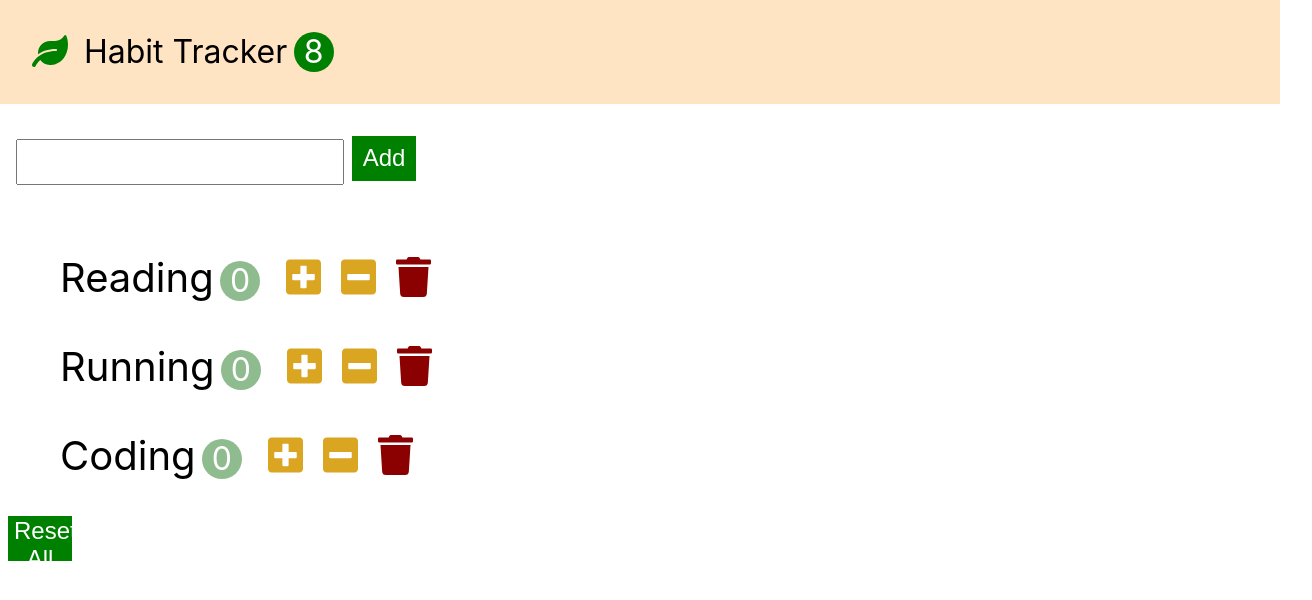
Repository: keehoonjung/react-habit-tracker
Page: / (app in react/habit-tracker/)
An editor plug-in stored every save of this project. The page is shown before and after the next save, followed by the edit.
The browser window is 1280 px wide. The page is 1312 px wide, so the pictures cover 1312 px, including what lies to the right of the window. The pictures show the whole page.
The project was rebuilt for these pictures with package versions that can differ from the ones it lists, and the page was loaded fresh each time.

Above is the page before, as saved 2021-08-30 18:40:23.

### react/habit-tracker/public/index.html
<!DOCTYPE html>
<html lang="en">
  <head>
    <meta charset="utf-8" />
    <link rel="icon" href="%PUBLIC_URL%/favicon.ico" />
    <meta name="viewport" content="width=device-width, initial-scale=1" />
    <meta name="theme-color" content="#000000" />
    <meta
      name="description"
      content="Web site created using create-react-app"
    />
    <link rel="apple-touch-icon" href="%PUBLIC_URL%/logo192.png" />
    <title>App</title>
  </head>
  <body>
    <noscript>You need to enable JavaScript to run this app.</noscript>
    <div id="root"></div>
  </body>
</html>

### react/habit-tracker/src/app.jsx
import React, { Component } from "react";
import "./app.css";
import Habits from "./components/habits";

class App extends Component {
  state = {
    count: 0,
  };
  render() {
    return (
      <>
        <nav className="header">
          <i className="fas fa-leaf"></i>
          <span className="header-title">Habit Tracker</span>
          <span className="header-count">8</span>
        </nav>
        <div className="input-container">
          <input type="text" className="input" />
          <button className="habit-input">Add</button>
        </div>
        <Habits />
        <button className="reset-button">Reset All</button>
      </>
    );
  }
}

export default App;

### react/habit-tracker/src/app.css
button {
  outline: none;
  border: 0;
  cursor: pointer;
}

.header {
  background-color: bisque;
  font-size: 2rem;
  padding: 2rem 2rem;
}

.fa-leaf {
  color: green;
  margin-right: 1rem;
}

.header-count {
  display: inline-block;
  text-align: center;
  width: 2.5rem;
  height: 2.5rem;
  line-height: 2.5rem;
  font-size: 2rem;
  margin-left: 0.2em;
  margin-right: 0.5em;
  background-color: green;
  color: white;
  border-radius: 50%;
}

.input-container {
  width: 100%;
  padding: 2rem 1rem;
}

.input {
  width: 20rem;
  height: 2.5rem;
}

.habit-input {
  font-size: 1.5rem;
  height: 2.8rem;
  width: 4rem;
  margin-left: 0.5rem;
  background-color: green;
  color: white;
}

.habit {
  font-size: 2.5rem;
  padding: 0.5em;
  list-style: none;
}

.habit-count {
  display: inline-block;
  text-align: center;
  width: 2.5rem;
  height: 2.5rem;
  line-height: 2.5rem;
  font-size: 2rem;
  margin-left: 0.2em;
  margin-right: 0.5em;
  background-color: darkseagreen;
  color: white;
  border-radius: 50%;
}

.habit-button {
  font-size: 2.5rem;
  margin: 0 0.1em;
  background-color: transparent;
}

.habit-button:hover {
  opacity: 0.8;
}

.habit-increase,
.habit-decrease {
  color: goldenrod;
}

.habit-delete {
  color: darkred;
}

.reset-button {
  font-size: 1.5rem;
  height: 2.8rem;
  width: 4rem;
  margin-left: 0.5rem;
  background-color: green;
  color: white;
}

### react/habit-tracker/src/components/habits.jsx
import React, { Component } from "react";
import Habit from "./habit";

class Habits extends Component {
  state = {
    habits: [
      { id: 1, name: "Reading", count: 0 },
      { id: 2, name: "Running", count: 0 },
      { id: 3, name: "Coding", count: 0 },
    ],
  };

  handleIncrement = (habit) => {
    const habits = [...this.state.habits];
    const index = habits.indexOf(habit);
    habits[index].count++;
    this.setState({ habits });
  };
  handledecrement = (habit) => {
    const habits = [...this.state.habits];
    const index = habits.indexOf(habit);
    const count = habits[index].count - 1;
    habits[index].count = count < 0 ? 0 : count;
    this.setState({ habits });
  };
  handleDelete = (habit) => {
    const habits = this.state.habits.filter((item) => item.id !== habit.id);
    this.setState({ habits });
  };
  render() {
    return (
      <ul>
        {this.state.habits.map((habit) => (
          <Habit
            key={habit.id}
            habit={habit}
            OnhandleIncrement={this.handleIncrement}
            Onhandledecrement={this.handledecrement}
            OnhandleDelete={this.handleDelete}
          />
        ))}
      </ul>
    );
  }
}

export default Habits;

### react/habit-tracker/src/components/habit.jsx
import React, { Component } from "react";

class Habit extends Component {
  handleIncrement = () => {
    // this.setState({ count: this.state.count + 1 });
    this.props.OnhandleIncrement(this.props.habit);
  };

  handledecrement = () => {
    this.props.Onhandledecrement(this.props.habit);
  };
  handleDelete = () => {
    this.props.OnhandleDelete(this.props.habit);
  };
  render() {
    const { name, count } = this.props.habit;
    return (
      <li className="habit">
        <span className="habit-name">{name}</span>
        <span className="habit-count">{count}</span>
        <button
          className="habit-button habit-increase"
          onClick={this.handleIncrement}
        >
          <i className="fas fa-plus-square"></i>
        </button>
        <button
          className="habit-button habit-decrease"
          onClick={this.handledecrement}
        >
          <i className="fas fa-minus-square"></i>
        </button>
        <button
          className="habit-button habit-delete"
          onClick={this.handleDelete}
        >
          <i className="fas fa-trash"></i>
        </button>
      </li>
    );
  }
}

export default Habit;

Loaded but not shown: react/habit-tracker/src/index.js (common file); react/habit-tracker/src/index.css (common file)

After the next save:
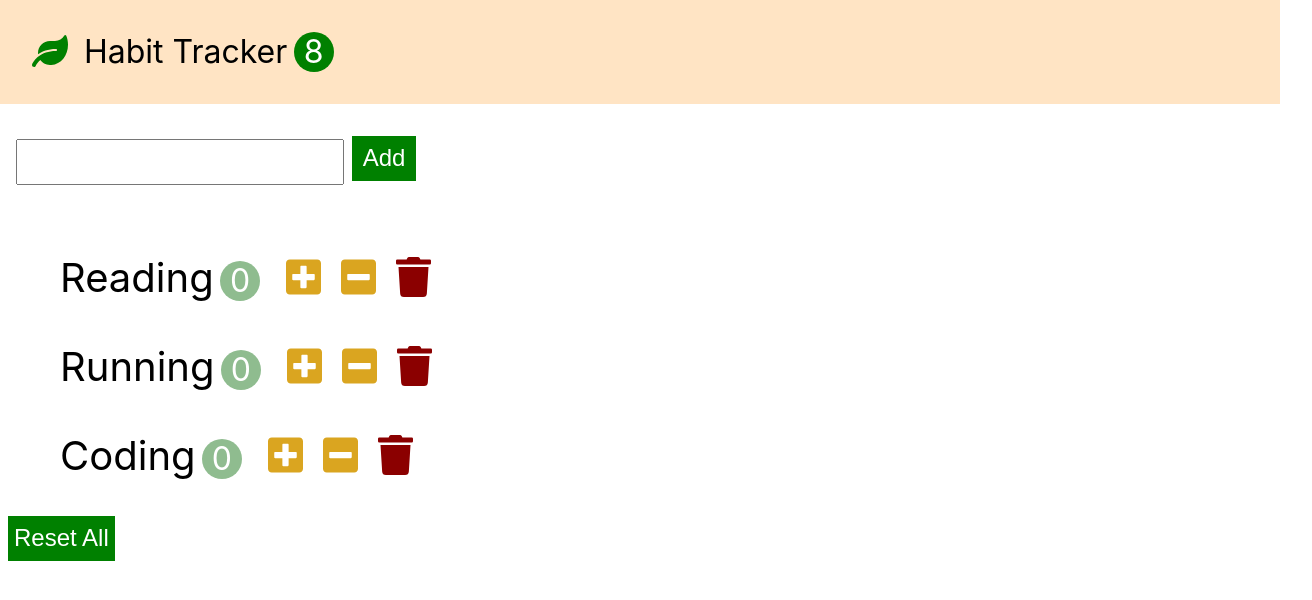
Saved 8 s later.
--- a/react/habit-tracker/src/app.css
+++ b/react/habit-tracker/src/app.css
@@ -90,7 +90,6 @@ button {
 .reset-button {
   font-size: 1.5rem;
   height: 2.8rem;
-  width: 4rem;
   margin-left: 0.5rem;
   background-color: green;
   color: white;
